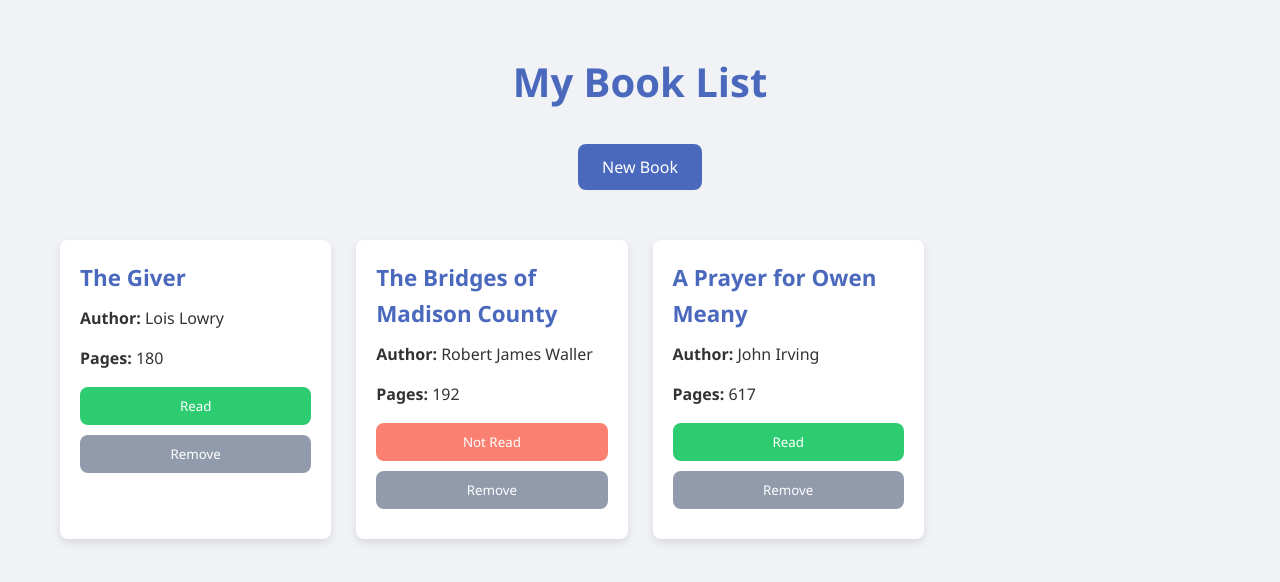
Repository: gkintu/odin-book-library
Page: index.html
These files come from the project's save history. The page is drawn as it stood at one moment and after the next save; the edit follows.
The browser window is 1280 px wide. The pictures show the whole page.

Above is the page before, as saved 2025-03-11 15:44:19.

After the next save:
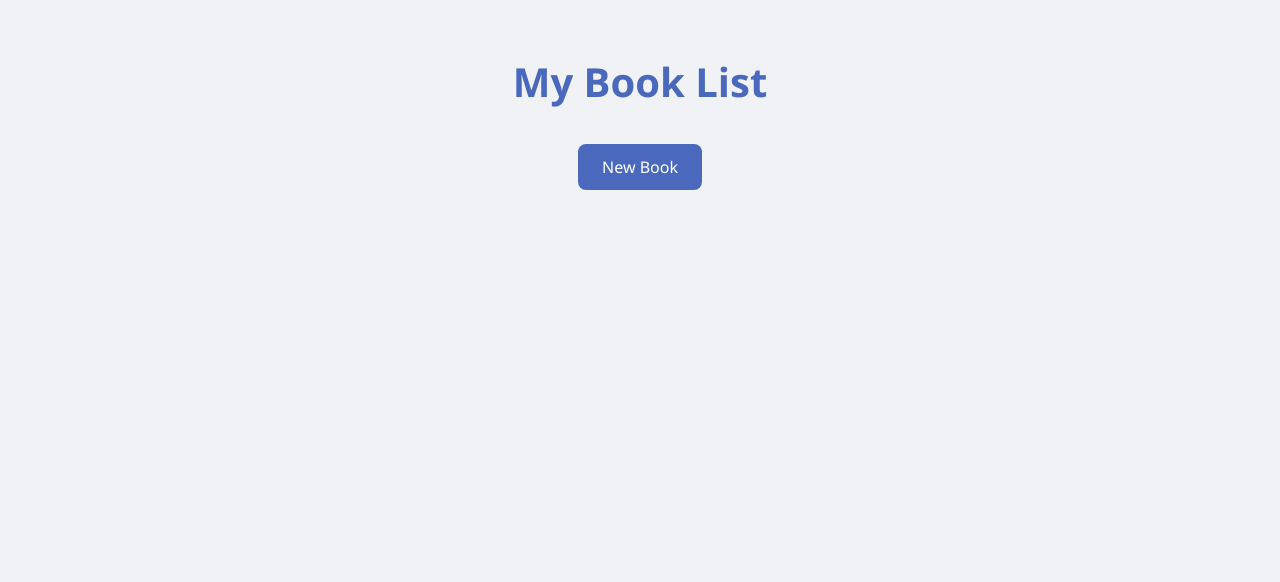
Saved 9 min 22 s later.
--- a/script.js
+++ b/script.js
@@ -104,6 +104,8 @@ document.getElementById("library").addEventListener("click", (event) => {
   }
 });
 
-addBookToLibrary('The Giver', 'Lois Lowry', 180, true);
-addBookToLibrary('The Bridges of Madison County', 'Robert James Waller', 192, false);
-addBookToLibrary('A Prayer for Owen Meany', 'John Irving', 617, true);
+//display books for styling
+
+// addBookToLibrary('The Giver', 'Lois Lowry', 180, true);
+// addBookToLibrary('The Bridges of Madison County', 'Robert James Waller', 192, false);
+// addBookToLibrary('A Prayer for Owen Meany', 'John Irving', 617, true);
